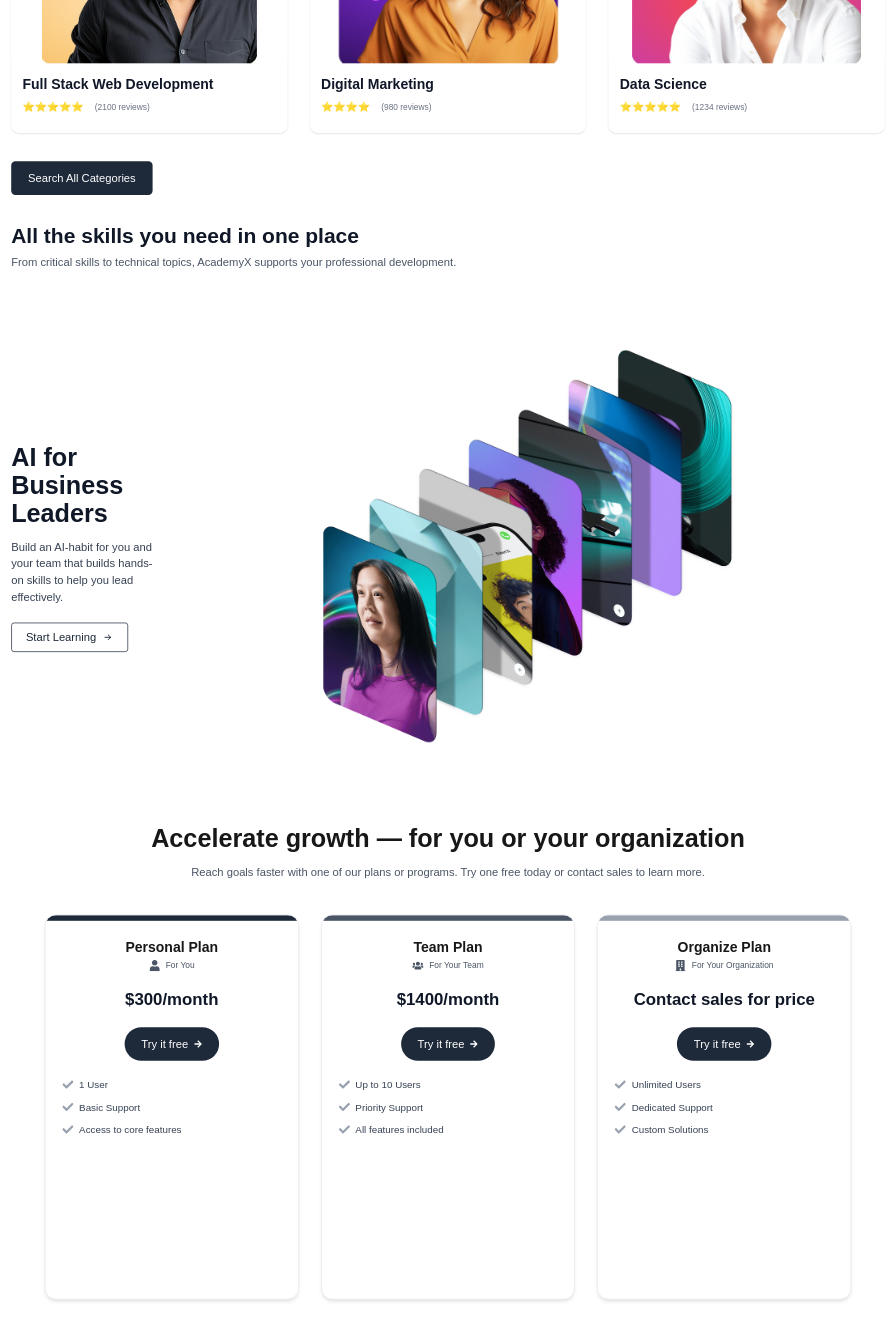
Repository: MohamedSalah54/full-stack-e-learning
Page: / (app in frontend/)
The author's editor kept a copy of each file at every save. The page is drawn from the files as they stood at one save, then again after a run of saves.
The browser window is 1280 px wide. The pictures show the part of the page from y = 979 to 2899 px (the page is 2899 px tall), at 70% of full size.
The project was rebuilt for these pictures with package versions that can differ from the ones it lists, and the page was loaded fresh each time. The framework's server and built-in components were replaced by stand-ins that run in the browser. Also part of the build but not shown: frontend/next.config.ts.

Above is the page before, as saved 2025-06-16 14:11:14.

### frontend/src/app/layout.tsx
import type { Metadata } from "next";
import { Geist, Geist_Mono } from "next/font/google";
import "./globals.css";
import { Providers } from "@/app/providers";
import Navbar from "@/components/Navbar";

const geistSans = Geist({
  variable: "--font-geist-sans",
  subsets: ["latin"],
});

const geistMono = Geist_Mono({
  variable: "--font-geist-mono",
  subsets: ["latin"],
});

export const metadata: Metadata = {
  title: "Create Next App",
  description: "Generated by create next app",
};

export default function RootLayout({
  children,
}: Readonly<{
  children: React.ReactNode;
}>) {
  return (
    <html lang="en">
      <body
        className={`${geistSans.variable} ${geistMono.variable} antialiased`}
      >
        <Navbar/>
        <Providers>{children}</Providers>

      </body>
    </html>
  );
}

### frontend/src/app/page.tsx
import HeroBannerFixed from "@/components/home/HeroBannerFixed"
import HeroBannerSlider from "@/components/home/HeroBannerSlider"
import HeroCategories from "@/components/home/HeroCategories"
import HeroPlans from "@/components/home/HeroPlans"

const Home = () => {
  return (
    <main className="flex flex-col items-center justify-center">
        <HeroBannerSlider/>
        <HeroCategories/>
        <HeroBannerFixed/>
        <HeroPlans/>
    </main>
  )
}

export default Home

### frontend/src/app/providers.jsx
'use client';

import { Provider } from 'react-redux';
import { store } from '@/redux/store/store';
export function Providers({ children }) {
  return <Provider store={store}>{children}</Provider>;
}

### frontend/src/components/Navbar.tsx
'use client';

import { useState } from 'react';
import { FaShoppingCart, FaBars, FaTimes, FaSearch } from 'react-icons/fa';
import { IoMdGlobe } from 'react-icons/io';
import { useRouter } from 'next/navigation';

export default function Navbar() {
  const [isSidebarOpen, setIsSidebarOpen] = useState(false);
  const router = useRouter();
  const [isSearchOpen, setIsSearchOpen] = useState(false);


  return (
    <>
      {/* Navbar */}
      <nav className="bg-white shadow-sm border-b border-gray-200 py-3 px-4 sm:px-6">
        <div className="max-w-7xl mx-auto flex items-center justify-between">
          {/* Left - Hamburger + Logo */}
          <div className="flex items-center space-x-2">
            {/* Hamburger Icon - Visible on mobile only */}
            <button
              className="block md:hidden text-xl text-gray-800"
              onClick={() => setIsSidebarOpen(true)}
            >
              <FaBars />
            </button>

            {/* Logo */}
            <div
              className="flex items-center cursor-pointer"
              onClick={() => router.push('/')}
            >
              <div className="relative h-10 w-10">
                <img
                  src="/logo.png"
                  alt="Logo"
                  className="h-full w-full object-contain block"
                />
              </div>
              <span className="text-2xl font-bold text-gray-800 leading-none ml-1">
                cademyX
              </span>
            </div>
          </div>

          {/* Middle - Search (hidden on small screens) */}
          <div className="hidden md:flex flex-1 max-w-md mx-4">
            <input
              type="text"
              placeholder="Search courses..."
              className="w-full border border-gray-300 rounded-md px-4 py-2 focus:outline-none focus:ring-1 focus:ring-gray-800"
            />
          </div>

          {/* Right - Search & Cart (Always Visible) */}
          <div className="flex items-center space-x-3 ml-auto">
            <button
              className="hidden md:block px-4 py-1 border border-gray-800 text-gray-800 rounded-md hover:bg-gray-100 transition"
              onClick={() => router.push('/auth/login')}
            >
              Login
            </button>
            <button
              className="hidden md:block px-4 py-1 bg-gray-800 text-white rounded-md hover:bg-gray-700 transition"
              onClick={() => router.push('/auth/register')}
            >
              Sign Up
            </button>

            <IoMdGlobe className="hidden md:block text-gray-800 text-xl cursor-pointer hover:scale-110 transition" />

            <FaShoppingCart className="text-gray-800 text-xl cursor-pointer hover:scale-110 transition" />

            <FaSearch
              className="md:hidden text-gray-800 text-xl cursor-pointer hover:scale-110 transition"
              onClick={() => setIsSearchOpen(true)}
            />
          </div>


        </div>
      </nav>

      {isSearchOpen && (
        <div className="fixed inset-0 z-50 bg-white flex flex-col items-center justify-start px-4 pt-10">
          <div className="w-full max-w-2xl flex items-center gap-3 border-b border-gray-300 pb-2">
            <FaSearch className="text-gray-800 text-2xl" />

            {/* Search Input */}
            <input
              type="text"
              placeholder="Search courses..."
              autoFocus
              className="w-full text-lg focus:outline-none"
            />

            <FaTimes
              className="text-gray-800 text-2xl cursor-pointer"
              onClick={() => setIsSearchOpen(false)}
            />
          </div>
        </div>
      )}



      {/* Sidebar (Mobile) */}
      <div
        className={`fixed top-0 left-0 h-full w-64 bg-white shadow-lg z-50 transform transition-transform duration-300 ${isSidebarOpen ? 'translate-x-0' : '-translate-x-full'
          }`}
      >
        {/* Close Button */}
        <div className="flex justify-between items-center px-4 py-3 border-b">
          <h2 className="text-lg font-semibold">Menu</h2>
          <button
            onClick={() => setIsSidebarOpen(false)}
            className="text-xl text-gray-600"
          >
            <FaTimes />
          </button>
        </div>

        {/* Sidebar Links */}
        <div className="p-4 space-y-4">
          <button
            onClick={() => {
              router.push('/auth/login');
              setIsSidebarOpen(false);
            }}
            className="w-full text-left text-gray-800 hover:text-gray-600"
          >
            Login
          </button>
          <button
            onClick={() => {
              router.push('/auth/register');
              setIsSidebarOpen(false);
            }}
            className="w-full text-left text-gray-800 hover:text-gray-600"
          >
            Sign Up
          </button>
          <div className="border-t pt-4">
            <p className="text-gray-500 text-sm font-medium mb-2">Categories</p>
            <ul className="space-y-2">
              <li className="cursor-pointer hover:text-gray-600">Web Development</li>
              <li className="cursor-pointer hover:text-gray-600">Design</li>
              <li className="cursor-pointer hover:text-gray-600">Marketing</li>
            </ul>
          </div>
        </div>
      </div>

      {/* Overlay */}
      {isSidebarOpen && (
        <div
          className="fixed inset-0 bg-black/40 z-40"
          onClick={() => setIsSidebarOpen(false)}
        ></div>
      )}
    </>
  );
}

### frontend/src/components/home/HeroBannerFixed.tsx
// components/HeroBannerFixed.tsx
'use client';

import { HiOutlineArrowSmRight } from "react-icons/hi";

const HeroBannerFixed = () => {
    return (
        <section className="w-full bg-white py-10">
            <div className="max-w-7xl mx-auto px-4 flex flex-col-reverse md:flex-row items-center justify-between gap-10">
                {/* Text content on the left */}
                <div className="w-full md:w-1/2 text-left">
                    <h1 className="text-2xl sm:text-3xl md:text-4xl font-bold text-gray-900 mb-4">
                        AI for Business Leaders
                    </h1>
                    <span className="block text-gray-700 text-base mb-6">
                        Build an AI-habit for you and your team that builds hands-on skills to help you lead effectively.

                    </span>
                    <button className="px-5 py-2 bg-white text-gray-800 border border-gray-800 rounded hover:bg-gray-200 transition flex items-center gap-2 cursor-pointer">
                        Start Learning <HiOutlineArrowSmRight />
                    </button>

                </div>

                {/* Image on the right */}
                <div className="w-full flex justify-end">
                    <div className="w-full md:w-[500px] lg:w-[1000px] ml-auto">
                        <img
                            src="/hero-fixed.png"
                            alt="Hero"
                            className="w-full h-auto rounded-md object-contain"
                        />
                    </div>
                </div>
            </div>
        </section>
    );
};

export default HeroBannerFixed;

### frontend/src/components/home/HeroBannerSlider.tsx
"use client";

import React, { useState } from "react";
import { FaArrowLeft, FaArrowRight } from "react-icons/fa";
import { heroSlides } from "@/constants";

const slides = heroSlides;

const HeroBannerSlider = () => {
  const [current, setCurrent] = useState(0);

  const nextSlide = () => {
    setCurrent((prev) => (prev + 1) % slides.length);
  };

  const prevSlide = () => {
    setCurrent((prev) => (prev - 1 + slides.length) % slides.length);
  };

  return (
    <>
      {/* Slider Section */}
      <section className="w-full relative bg-white overflow-hidden">
        {/* Wrapper for center and padding on large screens */}
        <div className="w-full max-w-screen-xl mx-auto relative h-[300px] sm:h-[400px] md:h-[500px]">
          {slides.map((slide, index) => (
            <img
              key={index}
              src={slide.image}
              alt="Hero"
              className={`absolute top-0 left-0 w-full h-full object-cover object-[60%] transition-opacity duration-700 ${
                index === current ? "opacity-100 z-10" : "opacity-0 z-0"
              }`}
            />
          ))}

          {/* Arrows */}
          <button
            onClick={prevSlide}
            className="absolute top-1/2 left-4 transform -translate-y-1/2 bg-white text-black p-2 rounded-full shadow hover:bg-gray-200 z-40"
          >
            <FaArrowLeft />
          </button>
          <button
            onClick={nextSlide}
            className="absolute top-1/2 right-4 transform -translate-y-1/2 bg-white text-black p-2 rounded-full shadow hover:bg-gray-200 z-40"
          >
            <FaArrowRight />
          </button>

          {/* Text Box for Large Screens */}
          <div className="hidden md:block absolute top-1/2 left-[170px] transform -translate-y-1/2 z-30">
            <div className="bg-white/90 p-5 rounded-md max-w-sm shadow-md">
              <h1 className="text-2xl lg:text-3xl font-bold text-gray-900 mb-2">
                {slides[current].title}
              </h1>
              <p className="text-gray-700 text-base">{slides[current].description}</p>
            </div>
          </div>
        </div>
      </section>

      {/* Text Below Image for Small Screens */}
      <div className="block md:hidden w-full bg-white pt-6 px-4">
        <div className="bg-white p-0 shadow-none rounded-none">
          <h1 className="text-xl font-bold text-gray-900 mb-2">{slides[current].title}</h1>
          <p className="text-gray-700 text-sm">{slides[current].description}</p>
        </div>
      </div>

      {/* Section Below */}
      <div className="w-full text-left py-10 bg-white px-4 sm:px-10 md:px-32">
        <h1 className="text-2xl sm:text-3xl font-bold text-gray-900 mb-4">
          Ready to reimagine your career?
        </h1>
        <p className="text-base sm:text-lg text-gray-700 max-w-xl">
          Get the skills and real-world experience employers want with Career Accelerators.
        </p>
      </div>
    </>
  );
};

export default HeroBannerSlider;

### frontend/src/components/home/HeroCategories.tsx
import { heroCategories } from "@/constants";

const HeroCategories = () => {
    const categories = heroCategories
    return (
       <section className="w-full py-16 px-4 bg-white">
  {/* Cards */}
  <div className="max-w-7xl mx-auto grid grid-cols-1 sm:grid-cols-2 lg:grid-cols-3 gap-8">
    {categories.map((cat, index) => (
      <div
        key={index}
        className="bg-white rounded-xl overflow-hidden shadow transition min-h-[350px] hover:bg-gray-100 cursor-pointer"
      >
        <img
          src={cat.image}
          alt={cat.title}
          className="w-full h-[250px] object-contain bg-white"
        />
        <div className="p-4">
          <h3 className="text-xl font-semibold text-gray-900 mb-2">{cat.title}</h3>
          <p className="text-sm text-gray-600 flex items-center gap-2">
            {"⭐".repeat(Math.round(cat.rating))}
            <span className="text-xs text-gray-500 ml-2">
              ({cat.reviews} reviews)
            </span>
          </p>
        </div>
      </div>
    ))}
  </div>

  {/* Search button */}
  <div className="flex justify-start mt-10 max-w-7xl mx-auto">
    <button className="bg-gray-800 text-white px-6 py-3 rounded-md hover:bg-gray-700 transition cursor-pointer">
      Search All Categories
    </button>
  </div>

  {/* Heading + Span */}
  <div className="text-left mt-10 max-w-7xl mx-auto">
    <h1 className="text-3xl font-bold text-gray-900 mb-2">
      All the skills you need in one place
    </h1>
    <span className="text-gray-600 text-base">
      From critical skills to technical topics, AcademyX supports your professional development.
    </span>
  </div>
</section>

    );
};

export default HeroCategories;

### frontend/src/components/home/HeroPlans.tsx
import { heroPlans } from "@/constants";
import { FaCheck, FaArrowRight } from "react-icons/fa";

export default function HeroPlans() {
    return (
        <section className="w-full bg-white py-16 px-4">
            <div className="max-w-6xl mx-auto">
                <h1 className="text-4xl font-bold mb-4 text-center">Accelerate growth — for you or your organization</h1>
                <span className="text-gray-600 mb-12 block text-center">
                    Reach goals faster with one of our plans or programs. Try one free today or contact sales to learn more.
                </span>

                <div className="grid md:grid-cols-3 gap-8">
                    {heroPlans.map((plan, index) => {
                        const Icon = plan.icon;
                        return (
                            <div
                                key={index}
                                className="rounded-2xl shadow-md border border-gray-200 overflow-hidden hover:shadow-xl transition duration-300 flex flex-col min-h-[550px]"
                            >
                                {/* Top Border */}
                                <div className={`h-2 ${plan.color}`}></div>

                                <div className="p-6 flex flex-col flex-grow">
                                    {/* Title Section */}
                                    <div className="mb-6 text-center">
                                        <h2 className="text-xl font-bold mb-1">{plan.name}</h2>
                                        <div className="flex justify-center items-center gap-2 text-xs text-gray-600">
                                            <Icon className="w-4 h-4" />
                                            <span className="capitalize">{plan.type}</span>
                                        </div>
                                    </div>

                                    {/* Price */}
                                    <p className="text-2xl font-bold text-gray-900 text-center mb-6">
                                        {plan.price}
                                    </p>

                                    {/* Button */}
                                    <div className="flex justify-center mb-6">
                                        <button className="flex items-center gap-2 bg-gray-800 text-white px-6 py-3 rounded-full hover:bg-gray-700 transition">
                                            Try it free
                                            <FaArrowRight className="w-3 h-3" />
                                        </button>
                                    </div>

                                    {/* Features */}
                                    <ul className="text-sm text-gray-700 space-y-3">
                                        {plan.features.map((feature, idx) => (
                                            <li key={idx} className="flex items-center gap-2">
                                                <FaCheck className="text-gray-400 w-4 h-4" />
                                                {feature}
                                            </li>
                                        ))}
                                    </ul>

                                    {/* Spacer to push features down */}
                                    <div className="flex-grow" />
                                </div>
                            </div>
                        );
                    })}
                </div>
            </div>
        </section>
    );
}

### frontend/src/constants/index.ts
//Home Page
import { FaUser, FaUsers, FaBuilding } from "react-icons/fa";

export const heroSlides = [
    {
        image: "/banner1.jpg",
        title: "Skills that drive you forward",
        description: "Technology and the world of work change fast — with us, you’re faster. Get the skills to achieve goals and stay competitive.",
    },
    {
        image: "/banner2.jpg",
        title: "Learning that gets you",
        description: "Skills for your present (and your future). Get started with us.",
    },
];

export const heroCategories = [
    {
        title: "Full Stack Web Development",
        image: "/full-stack.jpg",
        rating: 5.0,
        reviews: 2100,
    },
    {
        title: "Digital Marketing",
        image: "/digital-marketing.jpg",
        rating: 4.0,
        reviews: 980,
    },
    {
        title: "Data Science",
        image: "/data-science.jpg",
        rating: 4.5,
        reviews: 1234,
    },
];


export const heroPlans = [
  {
    name: "Personal Plan",
    icon: FaUser,
    type: "For you",
    price: "$300/month",
    features: ["1 User", "Basic Support", "Access to core features"],
    color: "bg-gray-800", // ← لون الحافة العلوية
  },
  {
    name: "Team Plan",
    icon: FaUsers,
    type: "For your team",
    price: "$1400/month",
    features: ["Up to 10 Users", "Priority Support", "All features included"],
    color: "bg-gray-600",
  },
  {
    name: "Organize Plan",
    icon: FaBuilding,
    type: "For your organization",
    price: "Contact sales for price",
    features: ["Unlimited Users", "Dedicated Support", "Custom Solutions"],
    color: "bg-gray-400",
  },
];

Loaded but not shown: frontend/src/app/globals.css (common file); frontend/src/redux/store/store.ts (common file)

After the next 2 saves:
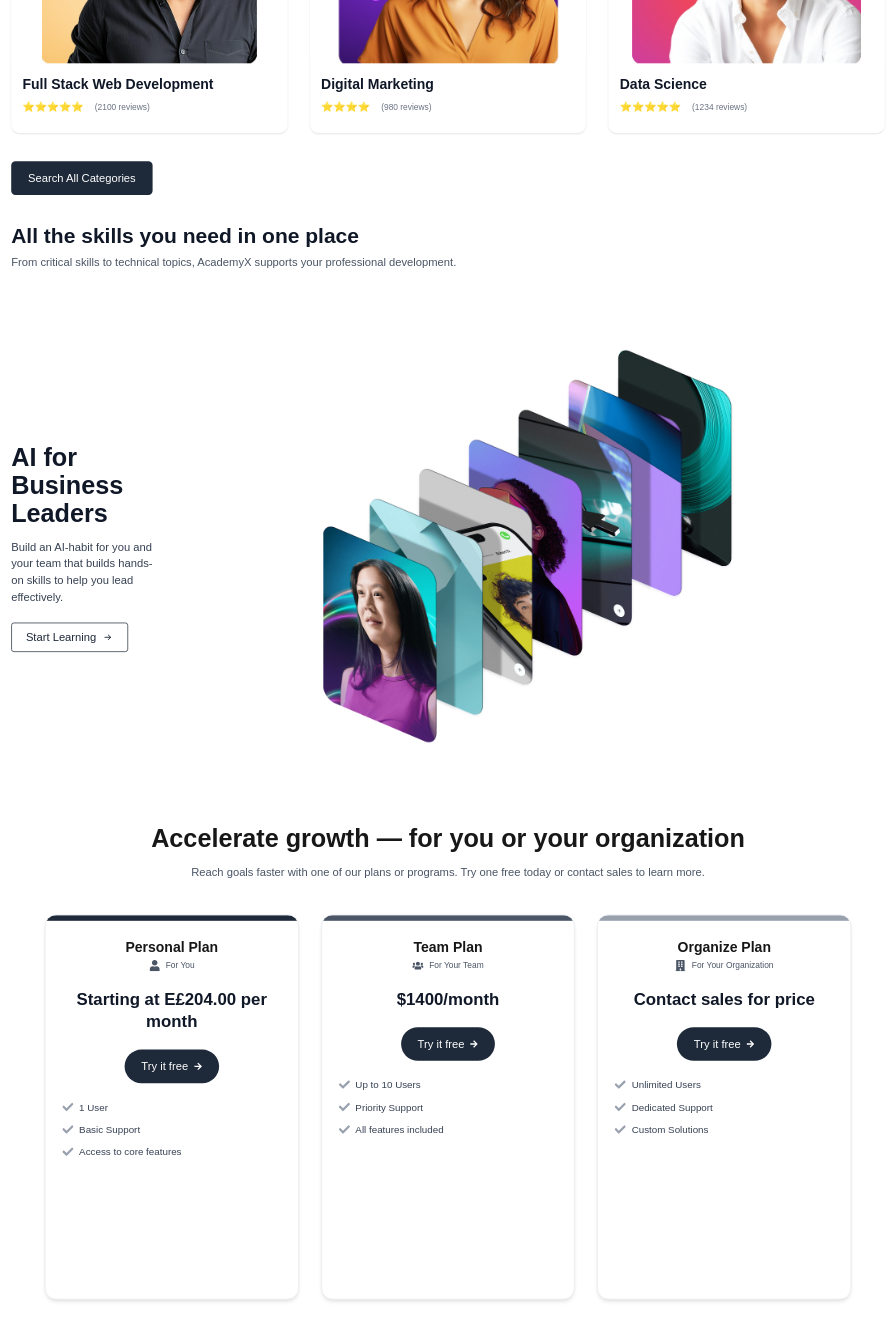
The 2 saves are shown as one change because 1 did not build or start.
The last was saved 25 s later.
--- a/frontend/src/constants/index.ts
+++ b/frontend/src/constants/index.ts
@@ -41,7 +41,7 @@
     name: "Personal Plan",
     icon: FaUser,
     type: "For you",
-    price: "$300/month",
+    price: "Starting at E£204.00 per month",
     features: ["1 User", "Basic Support", "Access to core features"],
     color: "bg-gray-800", // ← لون الحافة العلوية
   },
